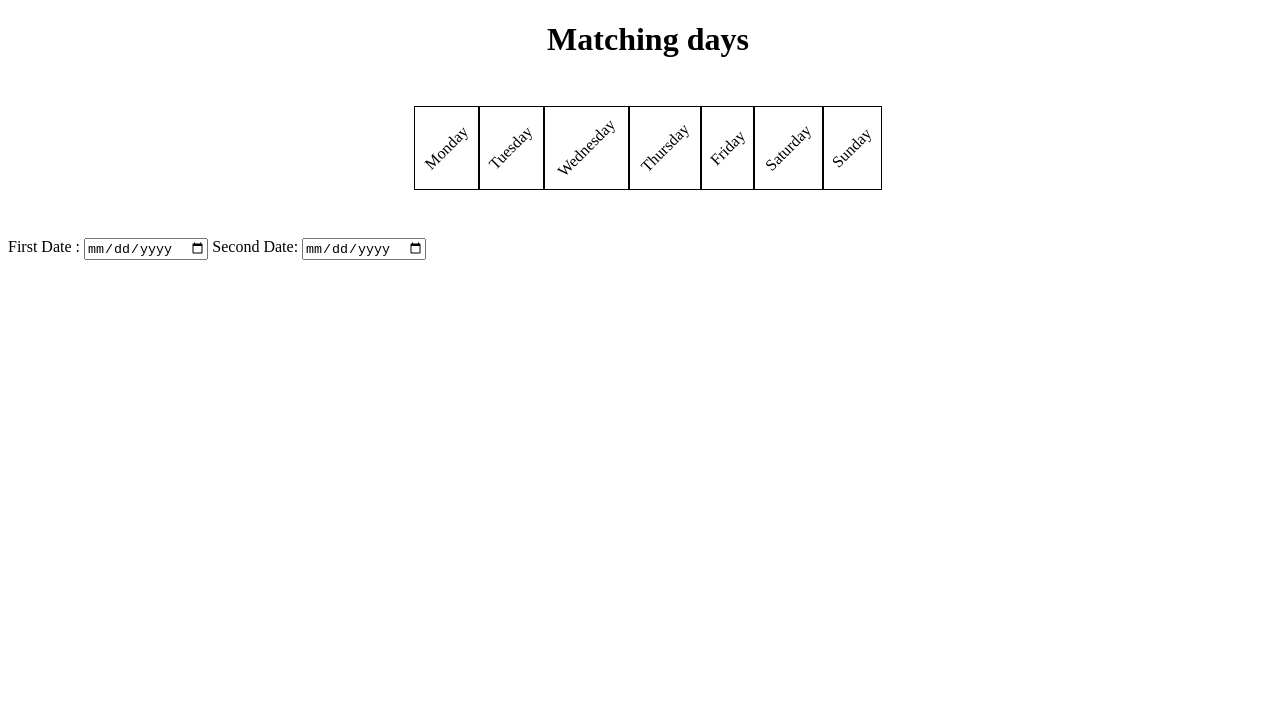
Repository: lasity34/matching-days
Page: index.html
The author's editor kept a copy of each file at every save. The page is drawn from the files as they stood at one save, then again after the next save.
The browser window is 1280 px wide. The page is 1288 px wide, so the pictures cover 1288 px, including what lies to the right of the window. The pictures show the whole page.
Some web fonts or font styles are not loaded; a fallback is used. Some web libraries are served in a nearby version.

Above is the page before, as saved 2023-05-10 10:28:26.

### index.html
<!DOCTYPE html>
<html lang="en">
<head>
    <meta charset="UTF-8">
    <meta http-equiv="X-UA-Compatible" content="IE=edge">
    <meta name="viewport" content="width=device-width, initial-scale=1.0">
    <title>Matching days</title>
    <link rel="preconnect" href="https://fonts.googleapis.com">
<link rel="preconnect" href="https://fonts.gstatic.com" crossorigin>
<link href="https://fonts.googleapis.com/css2?family=Battambang:wght@300;400;700&display=swap" rel="stylesheet">
    <link rel="stylesheet" href="style.css" >
    <script src="https://cdnjs.cloudflare.com/ajax/libs/handlebars.js/4.0.11/handlebars.min.js"></script>
    <script type="text/x-template" id="days_template">
        {{#each different_days}}
        <div class="day_box"><p class="day_text">{{day}}</p></div>
        {{/each}}
    </script>
</head>
<body>

    <h1>Matching days</h1>
    <section class="days_container">

    </section>
    <section class="date_input_container">
        <label for="first_date">First Date :</label>
        <input type="date" id="first_date" name="first_date" />
        <label for="second_date">Second Date:</label>
        <input type="date" id="second_date" name="second_date"/>
    </section>


        <!-- matching-days function -->
        <script src="/matching-days.js" charset="utf-8"></script>
        <!-- followed by the tests -->
        <script src="./matching-days-factory.js" charset="utf-8"></script>

</body>
</html>

### style.css

html {
    font-family: 'Battambang', cursive;
}

body {
    width: 100%;
}

h1 {
    text-align: center;
}

.days_container {
    display: flex;
    justify-content: center;
    margin: 3em auto;
    width: 100%;
}

.day_box {
    border: 1px solid black;
    padding: 1em 0.3em;

}

.day_text {
    transform: rotate(-45deg);
}

### matching-days.js



document.addEventListener("DOMContentLoaded", function() {

    const template_source = document.querySelector("#days_template").innerHTML
    const days_template = Handlebars.compile(template_source)
    const days_data_display = document.querySelector(".days_container")

    const daysData = {
        different_days: [
            { day: "Monday"},
            { day: "Tuesday"},
            { day: "Wednesday"},
            { day: "Thursday"},
            { day: "Friday"},
            { day: "Saturday"},
            { day: "Sunday"}
        ]
    }

    const daysDataHTML = days_template(daysData)

    days_data_display.innerHTML = daysDataHTML

})

Loaded but not shown: matching-days-factory.js (no stored copy; drawn as an empty file)

After the next save:
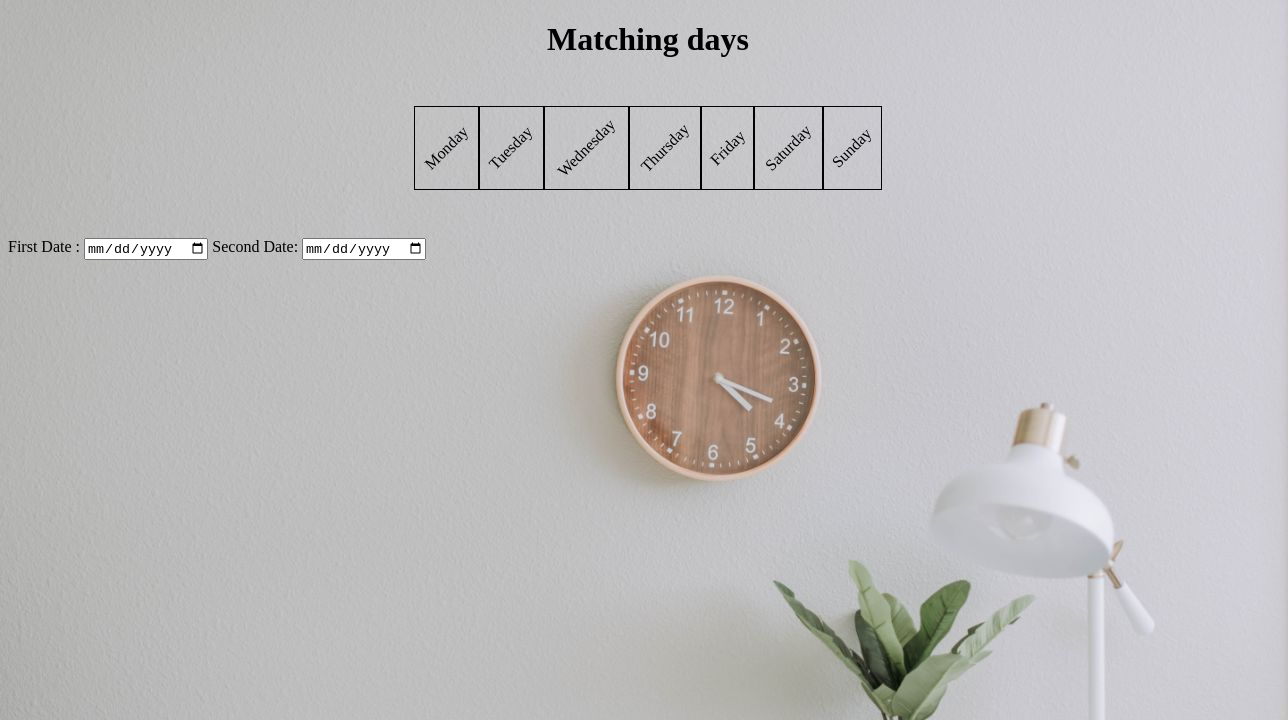
Saved 5 min 25 s later.
--- a/style.css
+++ b/style.css
@@ -1,6 +1,7 @@
 
 html {
     font-family: 'Battambang', cursive;
+    background: url("./Images/background-photo.jpg");
 }
 
 body {
